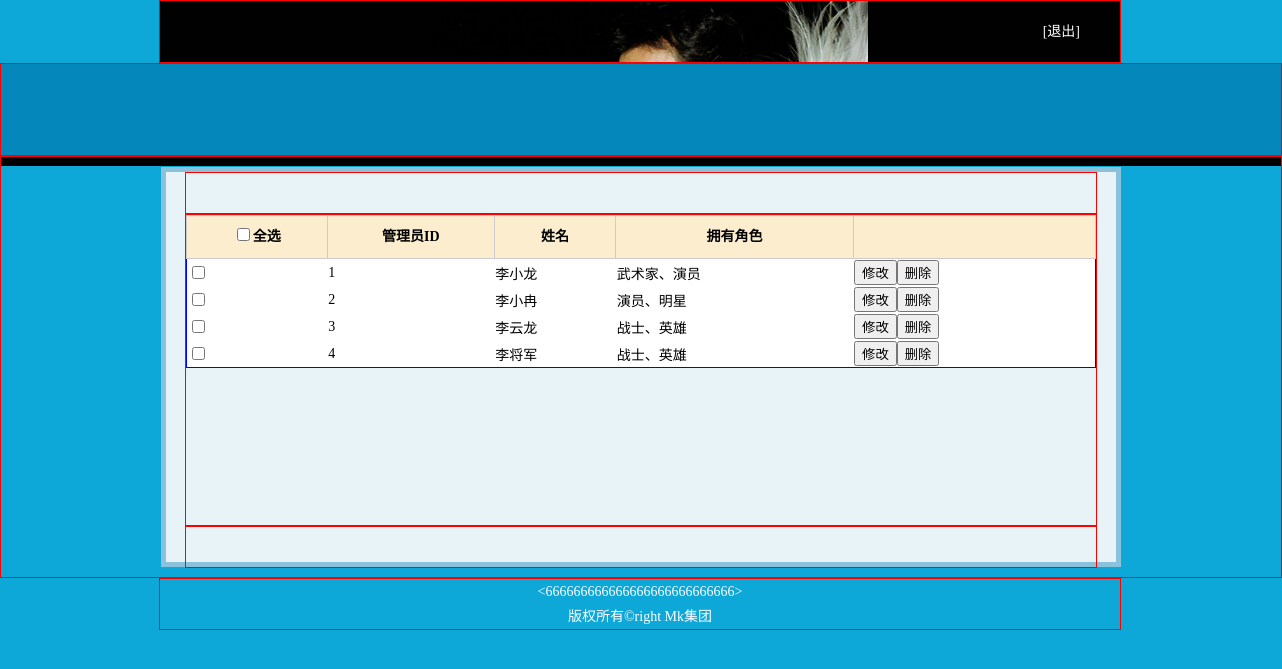
Repository: MasterKweng/workspace
Page: WebBasic/WebContent/Day02/demo6.html
These files come from the project's save history. The page is drawn as it stood at one moment and after the next save; the edit follows.
The browser window is 1280 px wide. The page is 1282 px wide, so the pictures cover 1282 px, including what lies to the right of the window. The pictures show the whole page.

Above is the page before, as saved 2018-01-04 08:09:18.

### WebBasic/WebContent/Day02/demo6.html
<!doctype html>
<html>
	<head>
		<title>管理员列表</title>
		<meta charset="utf-8"/>
		<style>
		/*设置页面整体布局*/
		/*body内外边距都是0*/
		body{
			background-color:#0EA8D8;
			padding:0;
			margin:0;
		}
		/*为了便于调试，设置出div边框，待完成时再去掉*/
		/*div统一设置为水平居中*/
		div {
			border:1px solid red;
			margin:0 auto;
		}
		/*分别设置各个div的宽高*/
		#logo{
			width:960px;
			height:61px;
		}
		#nav{
			width:100%;
			height:91px;
		}
		#main{
			width:100%;
			height:410px;
			padding:10px 0 0 0;
		}
		#copyright{
			width:960px;
			height:50px;
		}
		#content{
			width:950px;
			height:390px;
			border:5px solid #8ac1db;
		}
		#operate,#page{
			width:910px;
			height:40px;
		}
		#data{
			width:910px;
			height:310px;
		}
		/*设置背景色与背景图*/
		body{
			background-color:#0EA8D8;
			}
		#nav{
			background-color:#0488BB;
		}
		#content{
			background-color:#e8f3f8;
		}
		#logo{
			background-image:url(../img/leslie.jpg);
		}
		#main{
			background:url(../img/b.jpg) repeat-x top;
		}
		/*设置文本格式*/
		body{
			font-family:'微软雅黑';
			font-size:14px;
		}
		#logo,#copyright{
			color:#fff;
		}
		#logo a:link{
			color:#fff;

		}
		#logo a:visited{
			color:#fff;
		}
		#logo a{
			text-decoration:none;
			margin-right:40px;
			line-height:61px;
		}
		#logo{
			text-align:right;
		}
		#logo a:hover{
			font-weight:bold;
		}
		#copyright p{
			text-align:center;
			margin:0;
			line-height:25px;
		}
		/*设置表格的样式*/
		table{
			width:910px;
			border:1px solid blue;
			background-color:#fff;
			border-collapse:collapse;
		}
		table thead th{
			border:1px solid #ccc;
			height:40px;
			line-height:40px;
			background-color:#fbedce;
		}
		</style>
	</head>
	<body>
		<!-- logo区 -->
		<div id="logo">
		<a href="#">[退出]</a>
		</div>
		<!-- 导航区 -->
		<div id="nav"></div>
		<!-- 核心区 -->
		<div id="main">
			<!-- 内容区 -->
			<div id="content">
				<!-- 操作区 -->
				<div id="operate"></div>
				<!-- 数据区 -->
				<div id="data">
					<table>
					<thead>
					<tr><th><input type="checkbox" id="check_all"/><label for="check_all">全选</label></th>
					<th>管理员ID</th><th>姓名</th><th>拥有角色</th><th></th></tr>
					</thead>
					<tbody>
					<tr>
					<td><input type="checkbox" id="1"/></td>
					<td>1</td><td>李小龙</td><td>武术家、演员</td>
					<td><input type="button" value="修改" class="modify"/><input type="button" value="删除" class="delete"/></td>
					</tr>
					<tr><td><input type="checkbox" id="2"/></td>
					<td>2</td><td>李小冉</td><td>演员、明星</td>
					<td><input type="button" value="修改" class="modify"/><input type="button" value="删除" class="delete"/></td>
					</tr>
					<tr><td><input type="checkbox" id="3"/></td>
					<td>3</td><td>李云龙</td><td>战士、英雄</td>
					<td><input type="button" value="修改" class="modify"/><input type="button" value="删除" class="delete"/></td>
					</tr>
					<tr><td><input type="checkbox" id="4"/></td>
					<td>4</td><td>李将军</td><td>战士、英雄</td>
					<td><input type="button" value="修改" class="modify"/><input type="button" value="删除" class="delete"/></td>
					</tr>
					</tbody>
					</table>
				</div>
				<!-- 分页区 -->
				<div id="page"></div>
			</div>
		</div>
		<!-- 版权区 -->
		<div id="copyright">
		<p>
		<666666666666666666666666666>
		</p>
		<p>
		版权所有&copyright Mk集团
		</p>
		</div>
	</body>
</html>

After the next save:
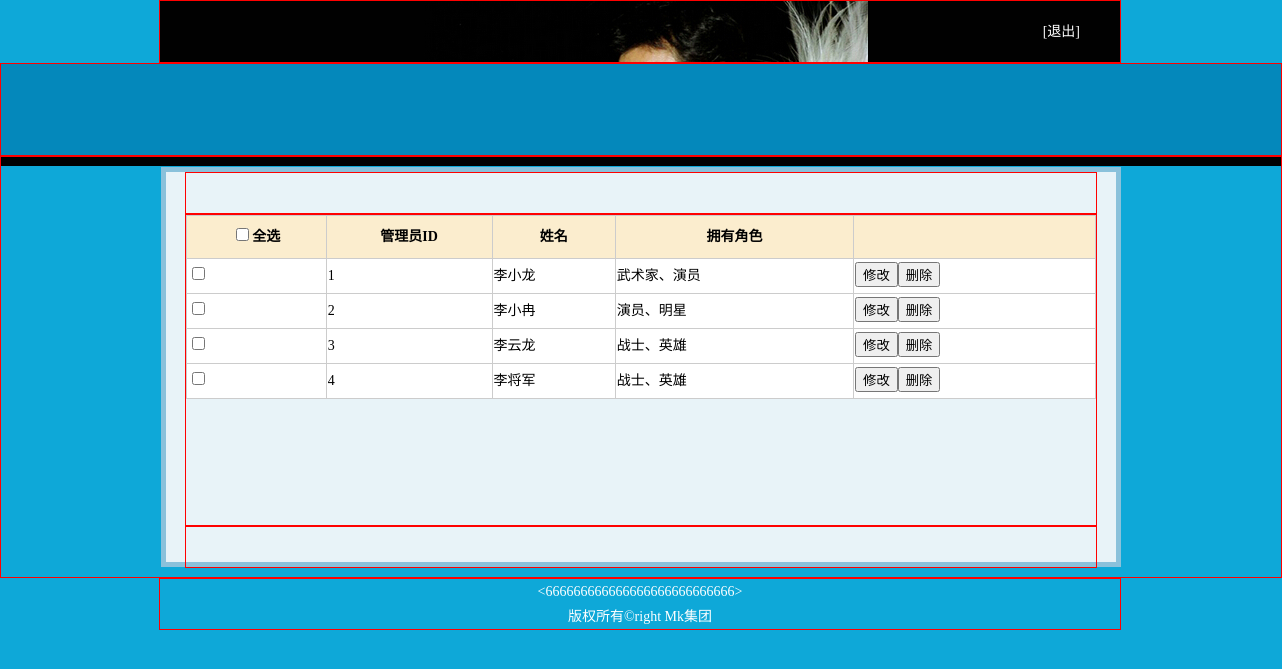
Saved 94 s later.
--- a/WebBasic/WebContent/Day02/demo6.html
+++ b/WebBasic/WebContent/Day02/demo6.html
@@ -108,6 +108,11 @@
 			line-height:40px;
 			background-color:#fbedce;
 		}
+		table tbody td {
+			border:1px solid #ccc;
+			height:32px;
+			line-height:32px;
+		}
 		</style>
 	</head>
 	<body>
